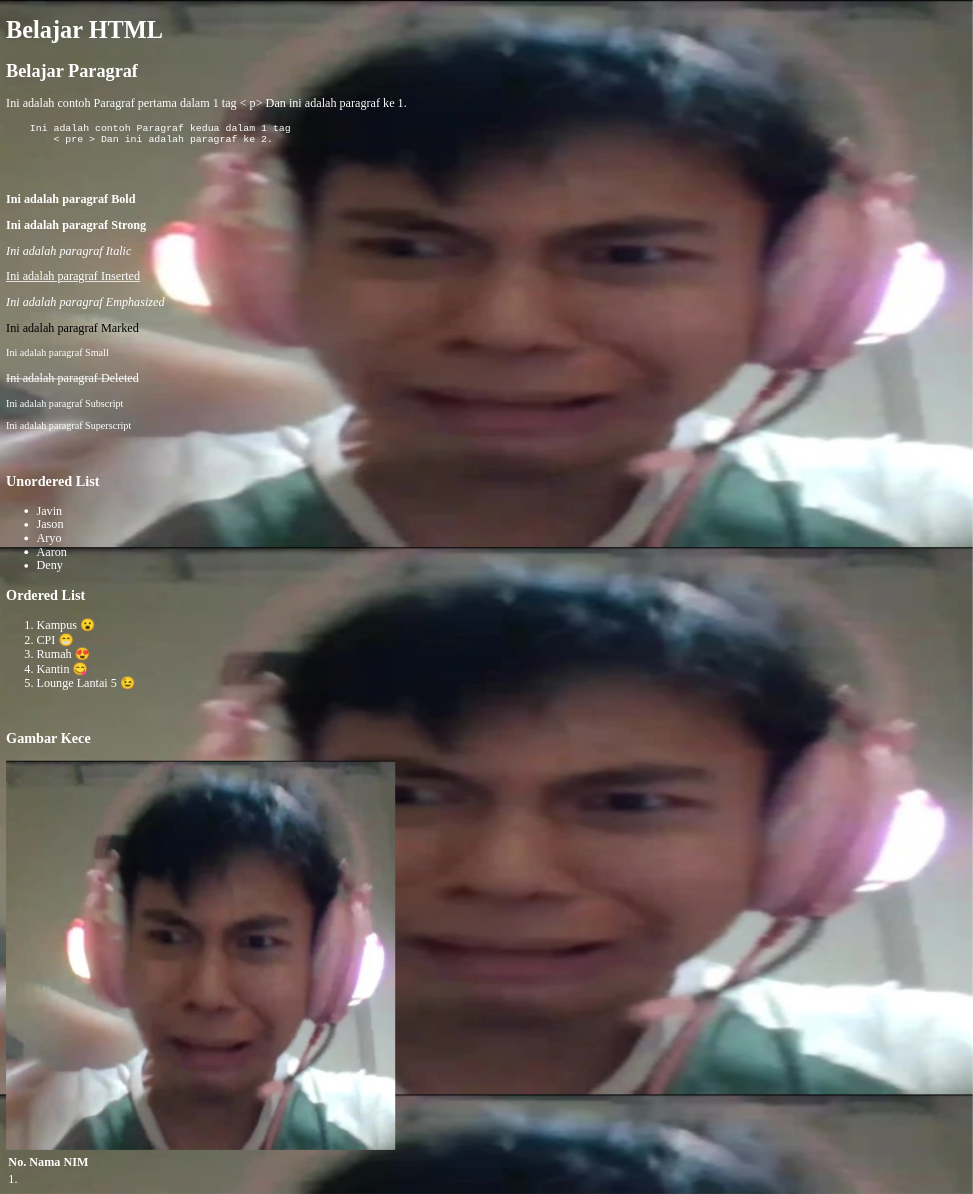
Repository: Gibekkk/WebPro
Page: Tugas HTML 1/index.html
These files come from the project's save history. The page is drawn as it stood at one moment and after the next save; the edit follows.
The browser window is 1280 px wide. The pictures show the whole page, at 76% of full size.
Backgrounds fixed to the window are drawn as part of the page.

Above is the page before, as saved 2024-03-25 10:30:05.

### Tugas HTML 1/index.html
<!DOCTYPE html>
<html lang="en">

<head>
    <meta charset="UTF-8">
    <meta name="viewport" content="width=device-width, initial-scale=1.0">
    <title>Document</title>
</head>

<body style="background-image: url(javin.jpg); background-repeat: no-repeat; background-size: 100%; background-attachment: fixed; color: white">
    <h1>Belajar HTML</h1>
    <h2>Belajar Paragraf</h2>
    <p>Ini adalah contoh Paragraf pertama dalam 1 tag
        < p> Dan ini adalah paragraf ke 1.</p>
    <pre>
    Ini adalah contoh Paragraf kedua dalam 1 tag
        < pre > Dan ini adalah paragraf ke 2.
    </pre>
    <br>

    <b>
        <p>Ini adalah paragraf Bold</p>
    </b>
    <strong>
    <p>Ini adalah paragraf Strong</p>
    </strong>
    <i>
    <p>Ini adalah paragraf Italic</p>
    </i>
    <ins>
    <p>Ini adalah paragraf Inserted</p>
    </ins>
    <em>
    <p>Ini adalah paragraf Emphasized</p>
    </em>
    <mark>
        <p>Ini adalah paragraf Marked</p>
    </mark>
    <small>
        <p>Ini adalah paragraf Small</p>
    </small>
    <del>
        <p>Ini adalah paragraf Deleted</p>
    </del>
    <sub>
        <p>Ini adalah paragraf Subscript</p>
    </sub>
    <sup>
        <p>Ini adalah paragraf Superscript</p>
    </sup>
    <br>

    <h3>Unordered List</h3>
    <ul>
        <li>Javin</li>
        <li>Jason</li>
        <li>Aryo</li>
        <li>Aaron</li>
        <li>Deny</li>
    </ul>

    <h3>Ordered List</h3>
    <ol>
        <li>Kampus 😮</li>
        <li>CPI 😁</li>
        <li>Rumah 😍</li>
        <li>Kantin 😋</li>
        <li>Lounge Lantai 5 😉</li>
    </ol>
    <br>
    <h3>Gambar Kece</h3>
    <img src="javin.jpg" alt="Javin" title="Javin">
    <br>
    <table style="border: ;">
        <tr>
            <th>No.</th>
            <th>Nama</th>
            <th>NIM</th>
        </tr>
        <tr>
            <td>1.</td>
            <td></td>
        </tr>
    </table>
</body>

</html>

After the next save:
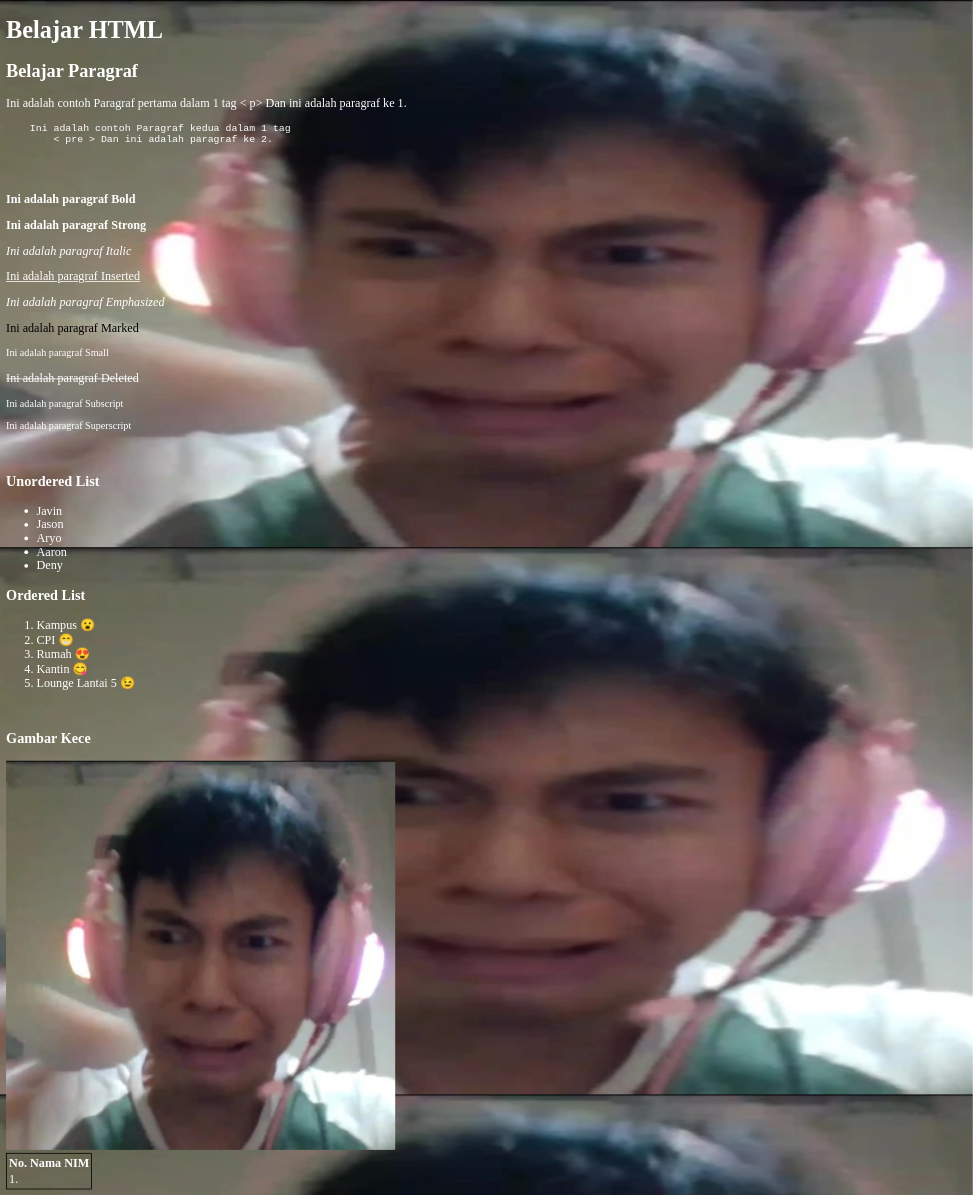
Saved 8 s later.
--- a/Tugas HTML 1/index.html
+++ b/Tugas HTML 1/index.html
@@ -71,7 +71,7 @@
     <h3>Gambar Kece</h3>
     <img src="javin.jpg" alt="Javin" title="Javin">
     <br>
-    <table style="border: ;">
+    <table style="border: 1px solid black;">
         <tr>
             <th>No.</th>
             <th>Nama</th>

After the save that followed:
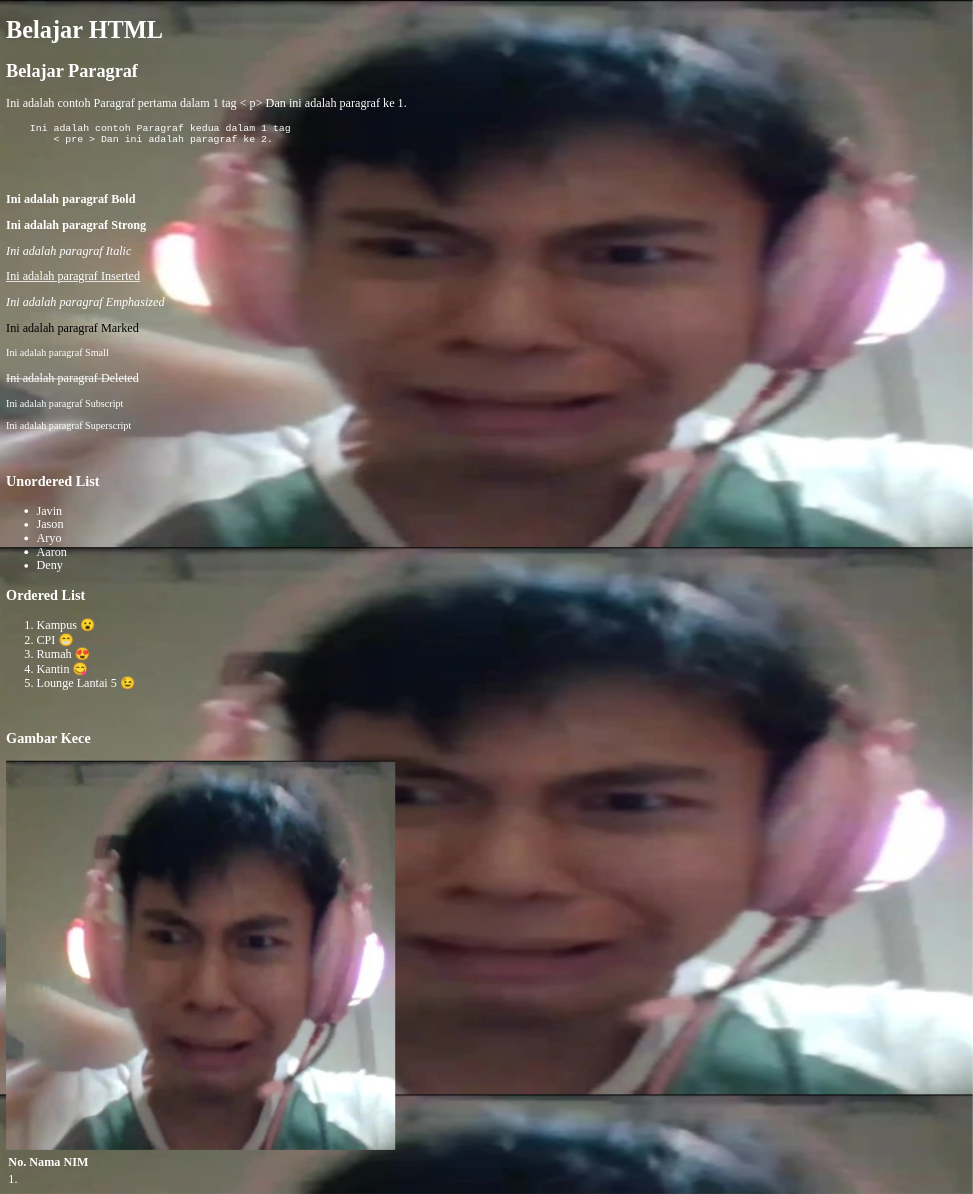
Saved 8 s later.
--- a/Tugas HTML 1/index.html
+++ b/Tugas HTML 1/index.html
@@ -71,7 +71,7 @@
     <h3>Gambar Kece</h3>
     <img src="javin.jpg" alt="Javin" title="Javin">
     <br>
-    <table style="border: 1px solid black;">
+    <table>
         <tr>
             <th>No.</th>
             <th>Nama</th>
